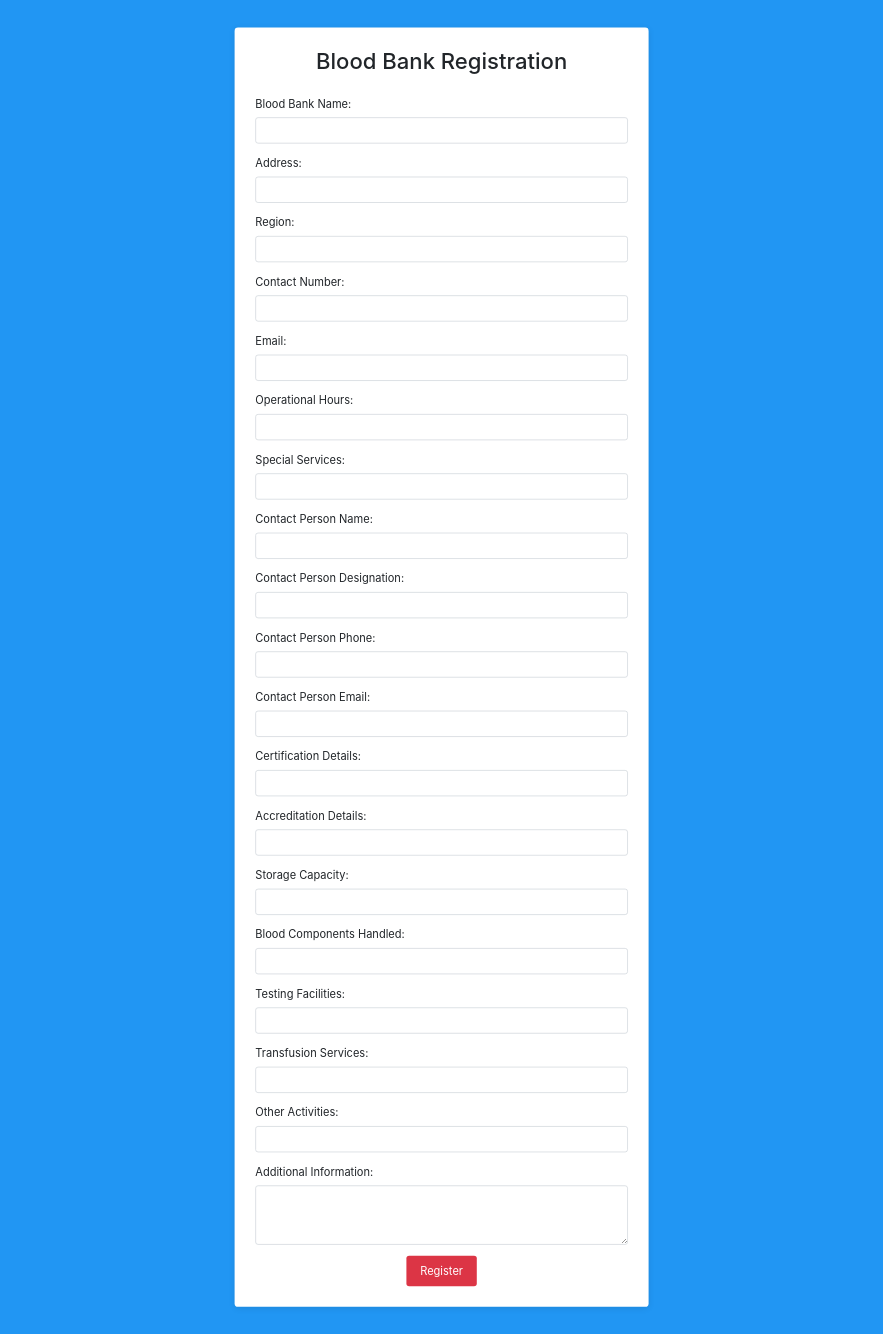
Repository: omi4535/Decentralized_Blood_Bank_System
Page: http://localhost/blood_bank_system/registration.jsp
The author's editor kept a copy of each file at every save. The page is drawn from the files as they stood at one save, then again after the next save.
The browser window is 1280 px wide. The pictures show the whole page, at 69% of full size.
Some web libraries are served in a nearby version. The page is served by Tomcat 9.

Above is the page before, as saved 2023-07-03 07:51:11.

After the next save:
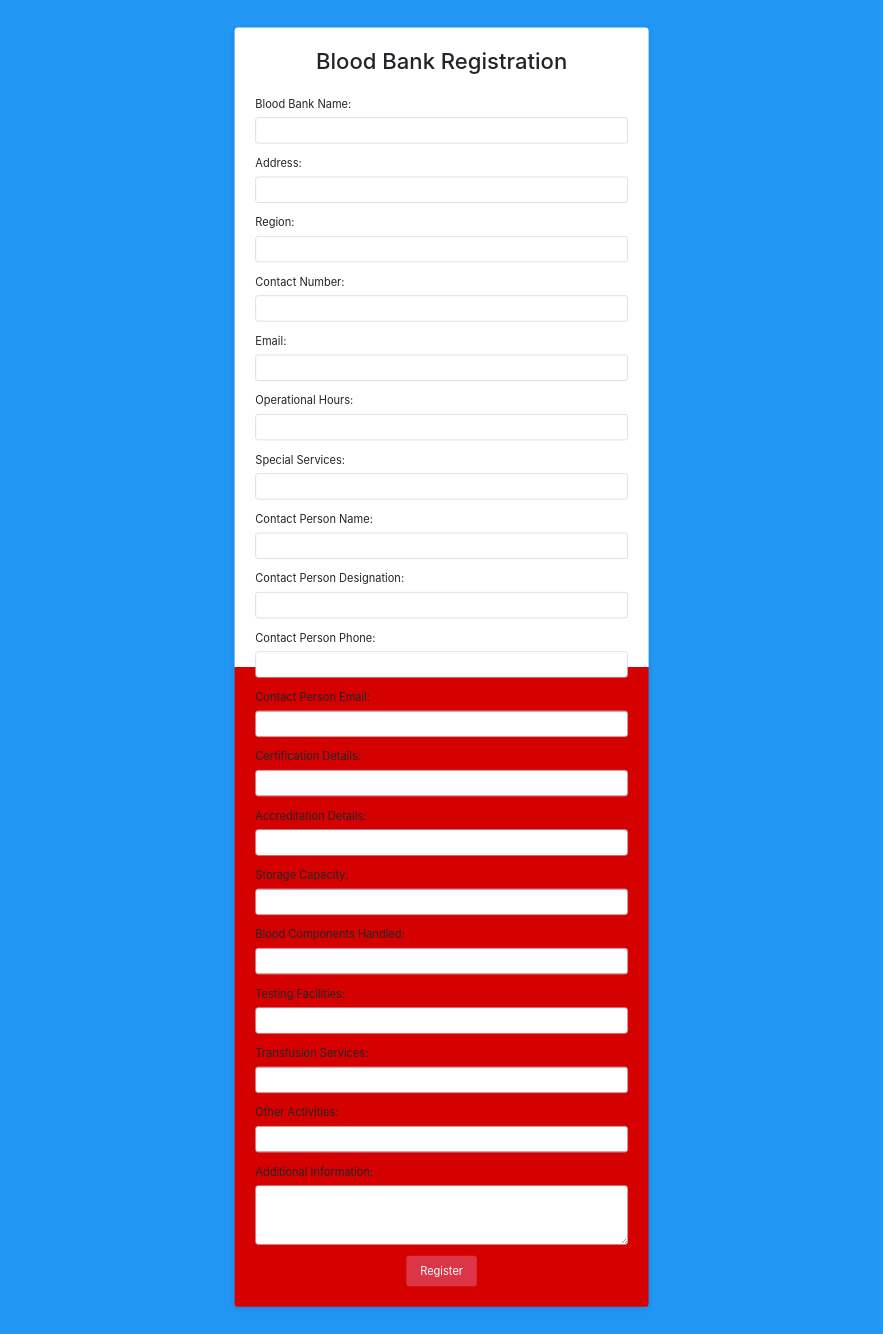
Saved 48 s later.
--- a/blood bank system/src/main/webapp/registration.jsp
+++ b/blood bank system/src/main/webapp/registration.jsp
@@ -16,7 +16,8 @@
     .container {
       max-width: 600px;
       margin: 40px auto;
-      background-color: #FFFFFF;
+      background: linear-gradient(to bottom, #FFFFFF, #FFFFFF 50%, #D50000 50%);
+
       padding: 30px;
       border-radius: 5px;
       box-shadow: 0px 2px 10px rgba(0, 0, 0, 0.1);
